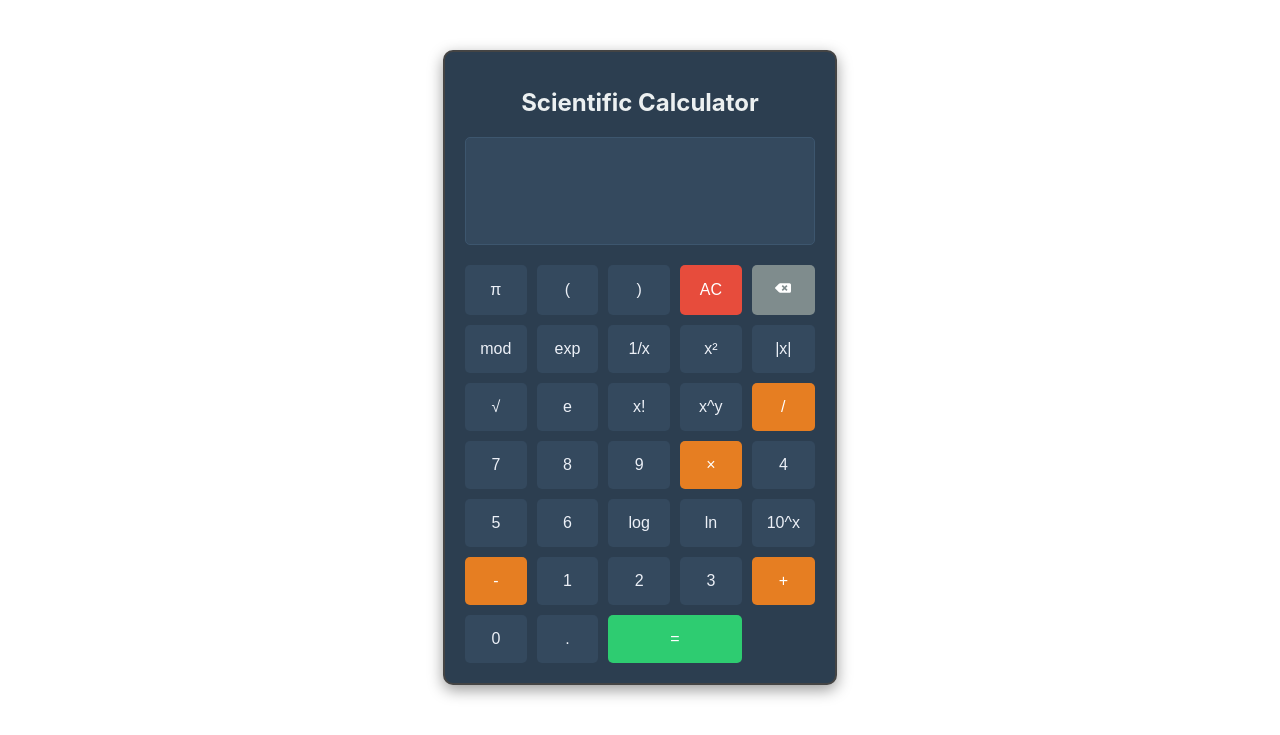
Repository: thesaherriaz/Calculator-React
Page: /
These files come from the project's save history. The page is drawn as it stood at one moment and after the next save; the edit follows.
The browser window is 1280 px wide. The pictures show the whole page.
The project was rebuilt for these pictures with package versions that can differ from the ones it lists, and the page was loaded fresh each time.

Above is the page before, as saved 2025-06-20 12:46:21.

### public/index.html
<!DOCTYPE html>
<html lang="en">
  <head>
    <meta charset="utf-8" />
    <link rel="icon" href="%PUBLIC_URL%/favicon.ico" />
    <meta name="viewport" content="width=device-width, initial-scale=1" />
    <meta name="theme-color" content="#000000" />
    <meta
      name="description"
      content="Web site created using create-react-app"
    />
    <link rel="apple-touch-icon" href="%PUBLIC_URL%/logo192.png" />
    <link rel="stylesheet" href="https://cdnjs.cloudflare.com/ajax/libs/font-awesome/6.0.0/css/all.min.css">
    <!--
      manifest.json provides metadata used when your web app is installed on a
      user's mobile device or desktop. See https://developers.google.com/web/fundamentals/web-app-manifest/
    -->
    <link rel="manifest" href="%PUBLIC_URL%/manifest.json" />
    <!--
      Notice the use of %PUBLIC_URL% in the tags above.
      It will be replaced with the URL of the `public` folder during the build.
      Only files inside the `public` folder can be referenced from the HTML.

      Unlike "/favicon.ico" or "favicon.ico", "%PUBLIC_URL%/favicon.ico" will
      work correctly both with client-side routing and a non-root public URL.
      Learn how to configure a non-root public URL by running `npm run build`.
    -->
    <title>React App</title>
  </head>
  <body>
    <noscript>You need to enable JavaScript to run this app.</noscript>
    <div id="root"></div>
    <!--
      This HTML file is a template.
      If you open it directly in the browser, you will see an empty page.

      You can add webfonts, meta tags, or analytics to this file.
      The build step will place the bundled scripts into the <body> tag.

      To begin the development, run `npm start` or `yarn start`.
      To create a production bundle, use `npm run build` or `yarn build`.
    -->
  </body>
</html>

### src/App.js
import React from 'react'
import Calculator from './compnents/Calculator'

function App() {
  return (
    <Calculator />
  )
}

export default App

### src/compnents/Calculator.jsx
import React, { useState } from 'react';
import './Calculator.css';
import { FaBackspace } from "react-icons/fa";

function Calculator() {
    const [input, setInput] = useState('');
    const [result, setResult] = useState('');

    const handleClick = (value) => {
        if (value === 'AC') {
            setInput('');
            setResult('');
        } else if (value === 'DEL') {
            setInput(prev => prev.slice(0, -1));
        } else if (value === '=') {
            calculateResult();
        } else if (value === '√') {
            setInput(prev => `Math.sqrt(${prev})`);
        } else if (value === 'x²') {
            setInput(prev => `Math.pow(${prev},2)`);
        } else if (value === 'x^y') {
            setInput(prev => `${prev}^`);
        } else if (value === '1/x') {
            setInput(prev => `1/(${prev})`);
        } else if (value === 'log') {
            setInput(prev => `Math.log10(${prev})`);
        } else if (value === 'ln') {
            setInput(prev => `Math.log(${prev})`);
        } else if (value === 'π') {
            setInput(prev => prev + 'Math.PI');
        } else if (value === 'e') {
            setInput(prev => prev + 'Math.E');
        } else if (value === '10^x') {
            setInput(prev => `Math.pow(10,${prev})`);
        } else if (value === 'x!') {
            setInput(prev => `factorial(${prev})`);
        } else {
            setInput(prev => prev + value);
        }
    };

    const factorial = (n) => {
        if (n < 0) return NaN;
        if (n <= 1) return 1;
        return n * factorial(n - 1);
    };

    const calculateResult = () => {
        try {
            // Replace ^ with ** for exponentiation
            let expression = input.replace(/\^/g, '**');
            // Evaluate the expression
            setResult(eval(expression).toString());
        } catch (error) {
            setResult('Error');
        }
    };

    return (
        <div className="calculator">
            <h1>Scientific Calculator</h1>
            <div className="display">
                <div className="input">{input}</div>
                <div className="result">{result}</div>
            </div>
            <div className="buttons">
                <button onClick={() => handleClick('π')}>π</button>
                <button onClick={() => handleClick('(')}>(</button>
                <button onClick={() => handleClick(')')}>)</button>
                <button onClick={() => handleClick('AC')} className="clear">AC</button>
                <button onClick={() => handleClick('DEL')} className="delete"><FaBackspace /></button>

                <button onClick={() => handleClick('mod')}>mod</button>
                <button onClick={() => handleClick('exp')}>exp</button>
                <button onClick={() => handleClick('1/x')}>1/x</button>
                <button onClick={() => handleClick('x²')}>x²</button>
                <button onClick={() => handleClick('Math.abs()')}>|x|</button>

                <button onClick={() => handleClick('√')}>√</button>
                <button onClick={() => handleClick('e')}>e</button>
                <button onClick={() => handleClick('x!')}>x!</button>
                <button onClick={() => handleClick('x^y')}>x^y</button>
                <button className="operator" onClick={() => handleClick('/')}>/</button>

                <button onClick={() => handleClick('7')}>7</button>
                <button onClick={() => handleClick('8')}>8</button>
                <button onClick={() => handleClick('9')}>9</button>
                <button className="operator" onClick={() => handleClick('*')}>×</button>

                <button onClick={() => handleClick('4')}>4</button>
                <button onClick={() => handleClick('5')}>5</button>
                <button onClick={() => handleClick('6')}>6</button>

                <button onClick={() => handleClick('log')}>log</button>
                <button onClick={() => handleClick('ln')}>ln</button>
                <button onClick={() => handleClick('10^x')}>10^x</button>
                <button className="operator" onClick={() => handleClick('-')}>-</button>

                <button onClick={() => handleClick('1')}>1</button>
                <button onClick={() => handleClick('2')}>2</button>
                <button onClick={() => handleClick('3')}>3</button>
                <button className="operator" onClick={() => handleClick('+')}>+</button>

                <button onClick={() => handleClick('0')}>0</button>
                <button onClick={() => handleClick('.')}>.</button>
                <button className="equals" onClick={() => handleClick('=')}>=</button>
            </div>
        </div>
    );
}

export default Calculator;

### src/compnents/Calculator.css
.calculator {
    width: 350px;
    margin: 50px auto;
    border: 2px solid #444;
    border-radius: 10px;
    padding: 20px;
    background-color: #2c3e50;
    box-shadow: 0 5px 15px rgba(0, 0, 0, 0.4);
    color: white;
}

.calculator h1 {
    text-align: center;
    color: #ecf0f1;
    margin-bottom: 20px;
    font-size: 1.5em;
}

.display {
    background-color: #34495e;
    border: 1px solid #3d566e;
    border-radius: 5px;
    padding: 15px;
    margin-bottom: 20px;
    text-align: right;
    min-height: 70px;
}

.input {
    font-size: 1.2em;
    color: #bdc3c7;
    min-height: 1.2em;
    margin-bottom: 10px;
    word-wrap: break-word;
}

.result {
    font-size: 1.8em;
    font-weight: bold;
    color: #ecf0f1;
    min-height: 1.5em;
    word-wrap: break-word;
}

.buttons {
    display: grid;
    grid-template-columns: repeat(5, 1fr);
    grid-gap: 10px;
}

button {
    padding: 15px;
    font-size: 1em;
    border: none;
    border-radius: 5px;
    background-color: #34495e;
    color: #ecf0f7;
    cursor: pointer;
    transition: all 0.2s;
}

button:hover {
    background-color: #3d566e;
}

button:active {
    transform: scale(0.95);
}

.operator {
    background-color: #e67e22;
    color: white;
}

.operator:hover {
    background-color: #d35400;
}

.clear {
    background-color: #e74c3c;
    color: white;
}

.clear:hover {
    background-color: #c0392b;
}

.delete {
    background-color: #7f8c8d;
    color: white;
}

.delete:hover {
    background-color: #95a5a6;
}

.equals {
    background-color: #2ecc71;
    color: white;
    grid-column: span 2;
}

.equals:hover {
    background-color: #27ae60;
}

/* Scientific buttons
button:nth-child(1),
button:nth-child(2),
button:nth-child(3),
button:nth-child(4),
button:nth-child(5),
button:nth-child(6),
button:nth-child(11),
button:nth-child(12),
button:nth-child(13),
button:nth-child(14),
button:nth-child(19),
button:nth-child(20),
button:nth-child(21) {
    background-color: #3498db;
}

button:nth-child(1):hover,
button:nth-child(2):hover,
button:nth-child(3):hover,
button:nth-child(4):hover,
button:nth-child(5):hover,
button:nth-child(6):hover,
button:nth-child(11):hover,
button:nth-child(12):hover,
button:nth-child(13):hover,
button:nth-child(14):hover,
button:nth-child(19):hover,
button:nth-child(20):hover,
button:nth-child(21):hover {
    background-color: #2980b9;
} */

Loaded but not shown: src/index.js (common file); src/index.css (common file); src/reportWebVitals.js (common file)

After the next save:
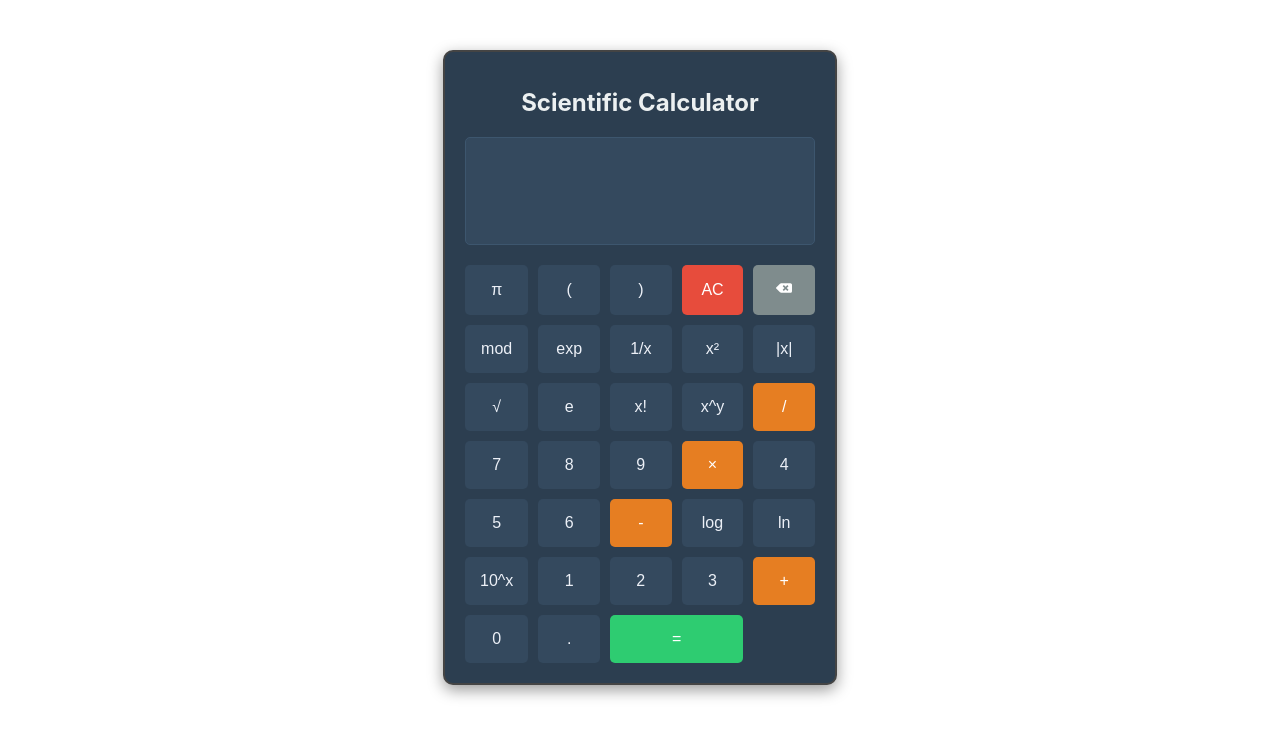
Saved 6 s later.
--- a/src/compnents/Calculator.jsx
+++ b/src/compnents/Calculator.jsx
@@ -90,11 +90,11 @@ function Calculator() {
                 <button onClick={() => handleClick('4')}>4</button>
                 <button onClick={() => handleClick('5')}>5</button>
                 <button onClick={() => handleClick('6')}>6</button>
+                <button className="operator" onClick={() => handleClick('-')}>-</button>
 
                 <button onClick={() => handleClick('log')}>log</button>
                 <button onClick={() => handleClick('ln')}>ln</button>
                 <button onClick={() => handleClick('10^x')}>10^x</button>
-                <button className="operator" onClick={() => handleClick('-')}>-</button>
 
                 <button onClick={() => handleClick('1')}>1</button>
                 <button onClick={() => handleClick('2')}>2</button>
